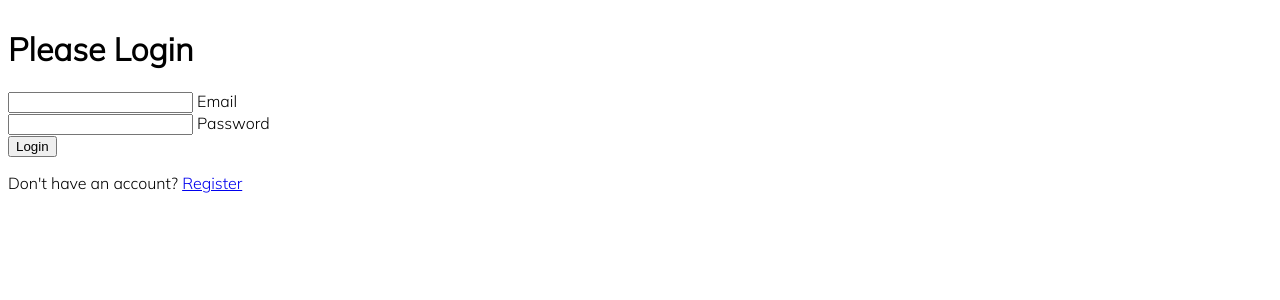
Repository: Berkan71/js-example-little-projects
Page: form-input-wave/index.html
These files come from the project's save history. The page is drawn as it stood at one moment and after the next save; the edit follows.
The browser window is 1280 px wide. The pictures show the whole page.

Above is the page before, as saved 2022-07-27 21:21:38.

After the next save:
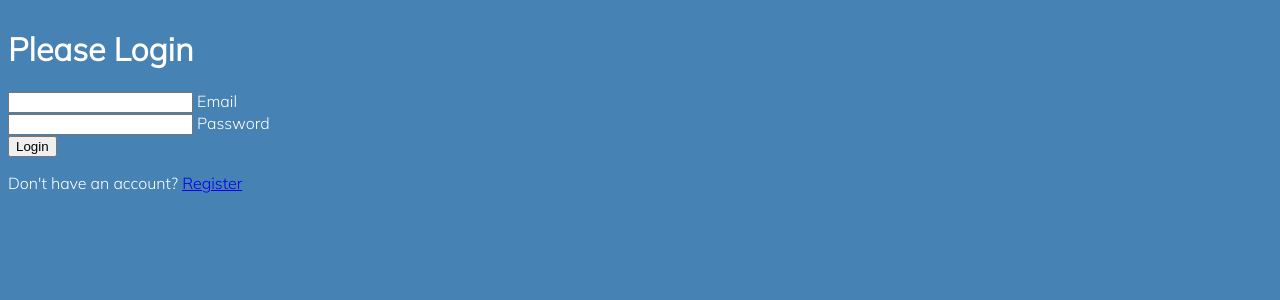
Saved 23 s later.
--- a/form-input-wave/style.css
+++ b/form-input-wave/style.css
@@ -5,6 +5,8 @@
 }
 
 body {
+    background-color: steelblue;
+    color: #fff;
     font-family: 'Mulish', sans-serif;
     display: flex;
 }
